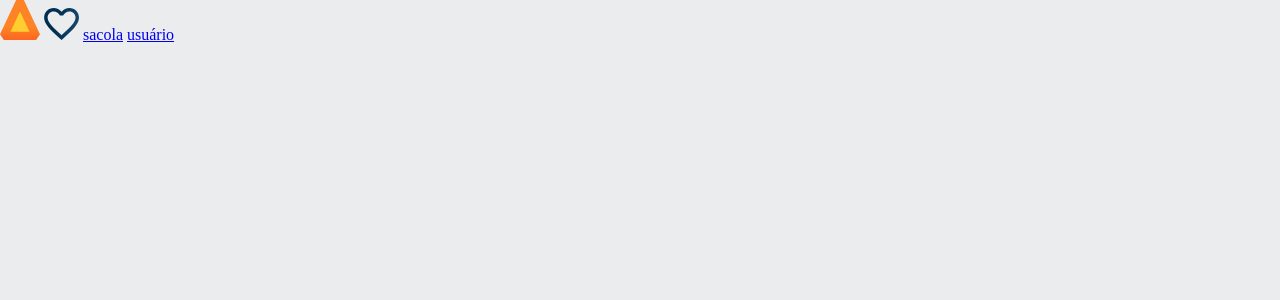
Repository: DamnDTX/projeto-mobile
Page: index.html
An editor plug-in stored every save of this project. The page is shown before and after the next save, followed by the edit.
The browser window is 1280 px wide. The pictures show the whole page.

Above is the page before, as saved 2023-07-24 18:22:11.

### index.html
<!DOCTYPE html>
<html lang="pt-br">
<head>
    <meta charset="UTF-8">
    <meta name="viewport" content="width=device-width, initial-scale=1.0">
    <title>Mobile project</title>
    <link href="./styles/reset.css" rel="stylesheet">
    <link href="./styles/styles.css" rel="stylesheet">

</head>
<body>
    <header class="cabecalho">
        <span class="cabecalho__menu-hamburguer"></span>
        <img src="./img/Logo.svg" alt="logo-AluraBooks">
        <a href="#"><img src="./img/Favoritos.svg"></a>
        <a href="#">sacola</a>
        <a href="#">usuário</a>
    </header>
    <main></main>
    <footer>

    </footer>
</body>
</html>

### styles/styles.css
:root{
    --cor-de-fundo-section:#FFFFFF;
    --cor-de-fundo:#EBECEE;
    --cor-titulos:#002F52;
    --cor--botoes:#EB9B00;
    --fonte-geral: 'Poppins', sans-serif;
    --tamanho-fonte-titulo:2rem;
}

@import url('https://fonts.googleapis.com/css2?family=Poppins&display=swap');

body{
    background-color: var(--cor-de-fundo);
}

Loaded but not shown: styles/reset.css (common file)

After the next save:
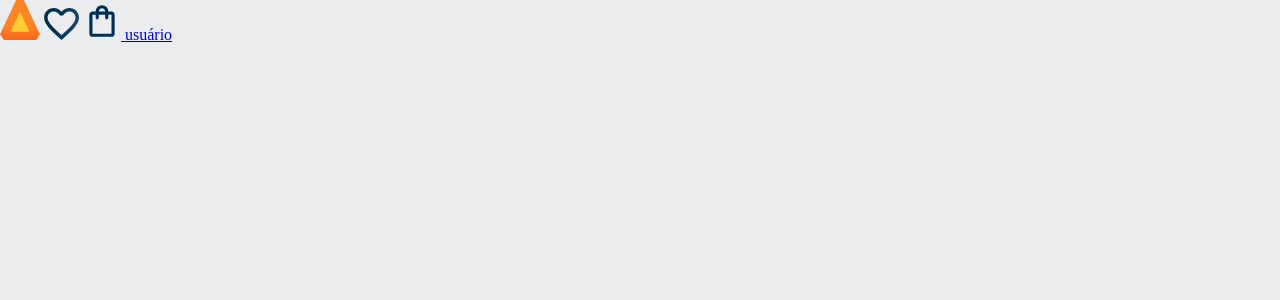
Saved 68 s later.
--- a/index.html
+++ b/index.html
@@ -13,7 +13,7 @@
         <span class="cabecalho__menu-hamburguer"></span>
         <img src="./img/Logo.svg" alt="logo-AluraBooks">
         <a href="#"><img src="./img/Favoritos.svg"></a>
-        <a href="#">sacola</a>
+        <a href="#"><img src="./img/Sacola.svg"</a>
         <a href="#">usuário</a>
     </header>
     <main></main>
